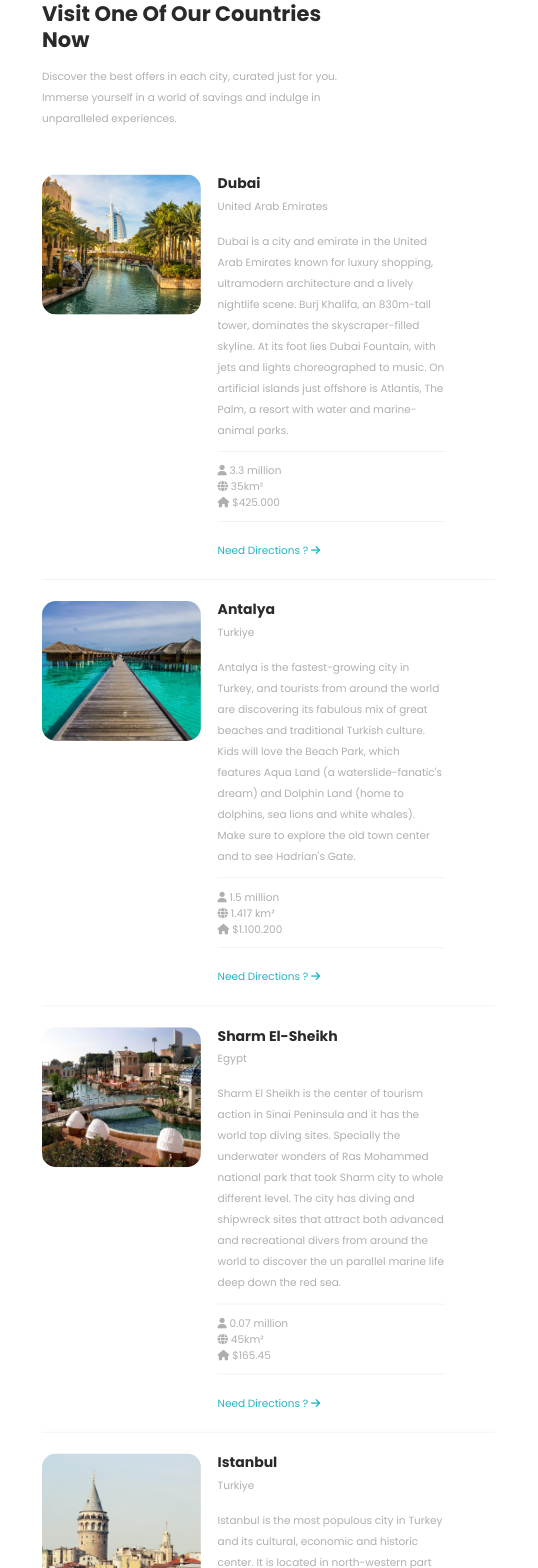
Repository: asadbekdev07/asadbekdev-zamontour-react
Page: /
These files come from the project's save history. The page is drawn as it stood at one moment and after the next save; the edit follows.
The browser window is 768 px wide. The pictures show the part of the page from y = 3908 to 6148 px (the page is 6543 px tall), at 70% of full size.
The project was rebuilt for these pictures with package versions that can differ from the ones it lists, and the page was loaded fresh each time. Also part of the build but not shown: vite.config.js.

Above is the page before, as saved 2024-05-26 20:16:15.

After the next save:
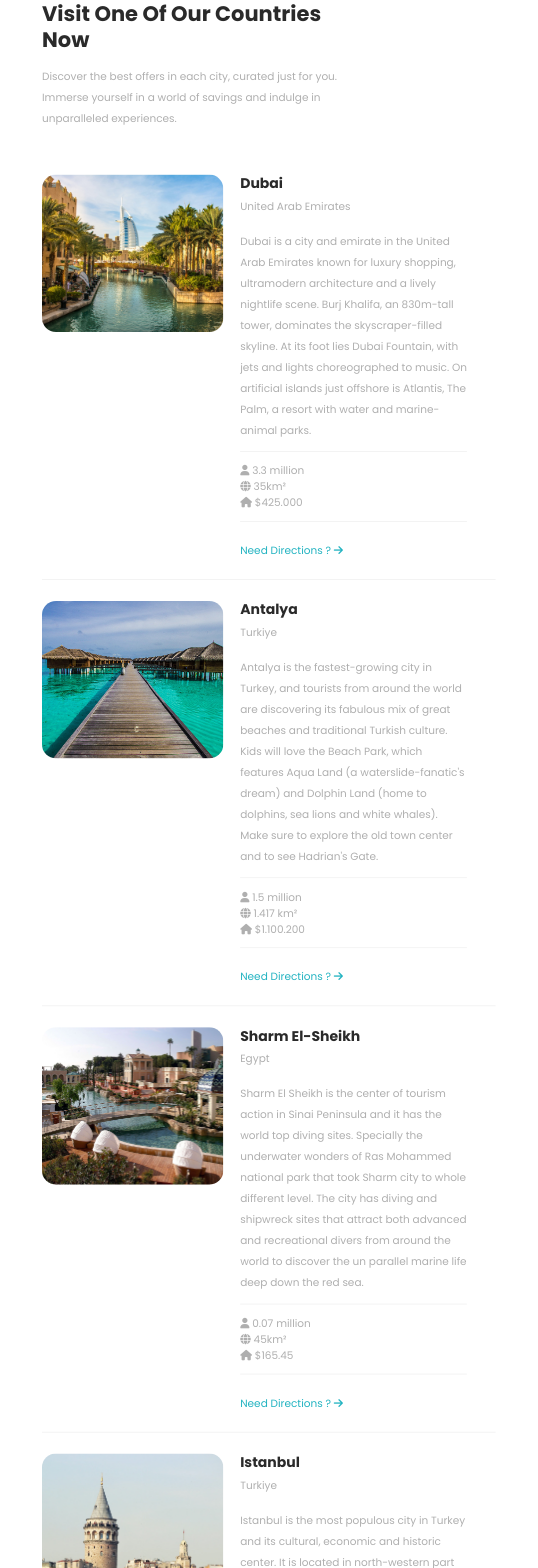
Saved 8 s later.
--- a/src/assets/styles/index.css
+++ b/src/assets/styles/index.css
@@ -883,8 +883,8 @@ select:-webkit-autofill:focus {
     margin: 0 -8px;
   }
   .visit__img {
-    width: 35%;
-    height: 200px;
+    width: 40%;
+    height: 225px;
   }
   .visit__info {
     flex-direction: column;
